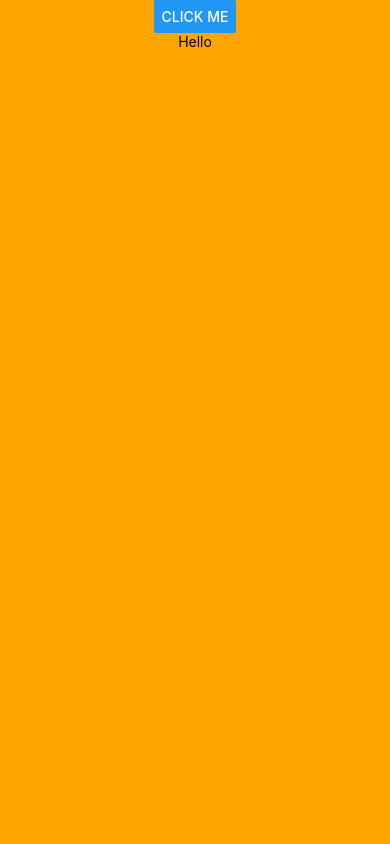
Repository: Callum-Worrall/react-native-test-app
Page: /
An editor plug-in stored every save of this project. The page is shown before and after the next save, followed by the edit.
The browser window is 390 px wide. The pictures show the whole page.
The app was drawn by React Native's web renderer in a window 390 px wide. The project was rebuilt for these pictures with package versions that can differ from the ones it lists, and the page was loaded fresh each time.

Above is the page before, as saved 2022-02-17 12:50:32.

### App.js
import { StatusBar } from 'expo-status-bar';
import { StyleSheet, Text, View, SafeAreaView, Image, TouchableWithoutFeedback, TouchableHighlight, TouchableOpacity, TouchableNativeFeedback } from 'react-native';
import { Button, Alert, Platform } from 'react-native';

//Notes//
//remove all console.logs to increase app performance

export default function App() {

  console.log("App executed.");
  // console.log(require("./assets/icon.png"));

  return (
    <SafeAreaView style={[styles.container, containerStyle]}>
      <Button title="Click Me" onPress={() => console.log("Clicked!")} />
      <Text>Hello</Text>
    </SafeAreaView>
  );
}

const containerStyle = { backgroundColor: "orange" }

const styles = StyleSheet.create({
  container: {
    flex: 1,
    backgroundColor: '#fff', //white
    paddingTop: Platform.OS === 'android' ? StatusBar.currentHeight : 0,
    // paddingTop: 0,
    alignItems: 'center', //horizontal
    // justifyContent: 'center', //vertical
  },
});

After the next save:
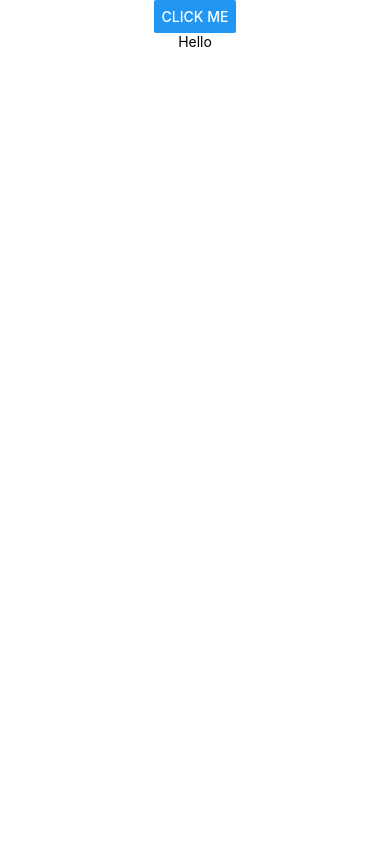
Saved 39 s later.
--- a/App.js
+++ b/App.js
@@ -11,7 +11,8 @@ export default function App() {
   // console.log(require("./assets/icon.png"));
 
   return (
-    <SafeAreaView style={[styles.container, containerStyle]}>
+    // <SafeAreaView style={[styles.container, containerStyle]}>
+    <SafeAreaView style={styles.container}>
       <Button title="Click Me" onPress={() => console.log("Clicked!")} />
       <Text>Hello</Text>
     </SafeAreaView>
